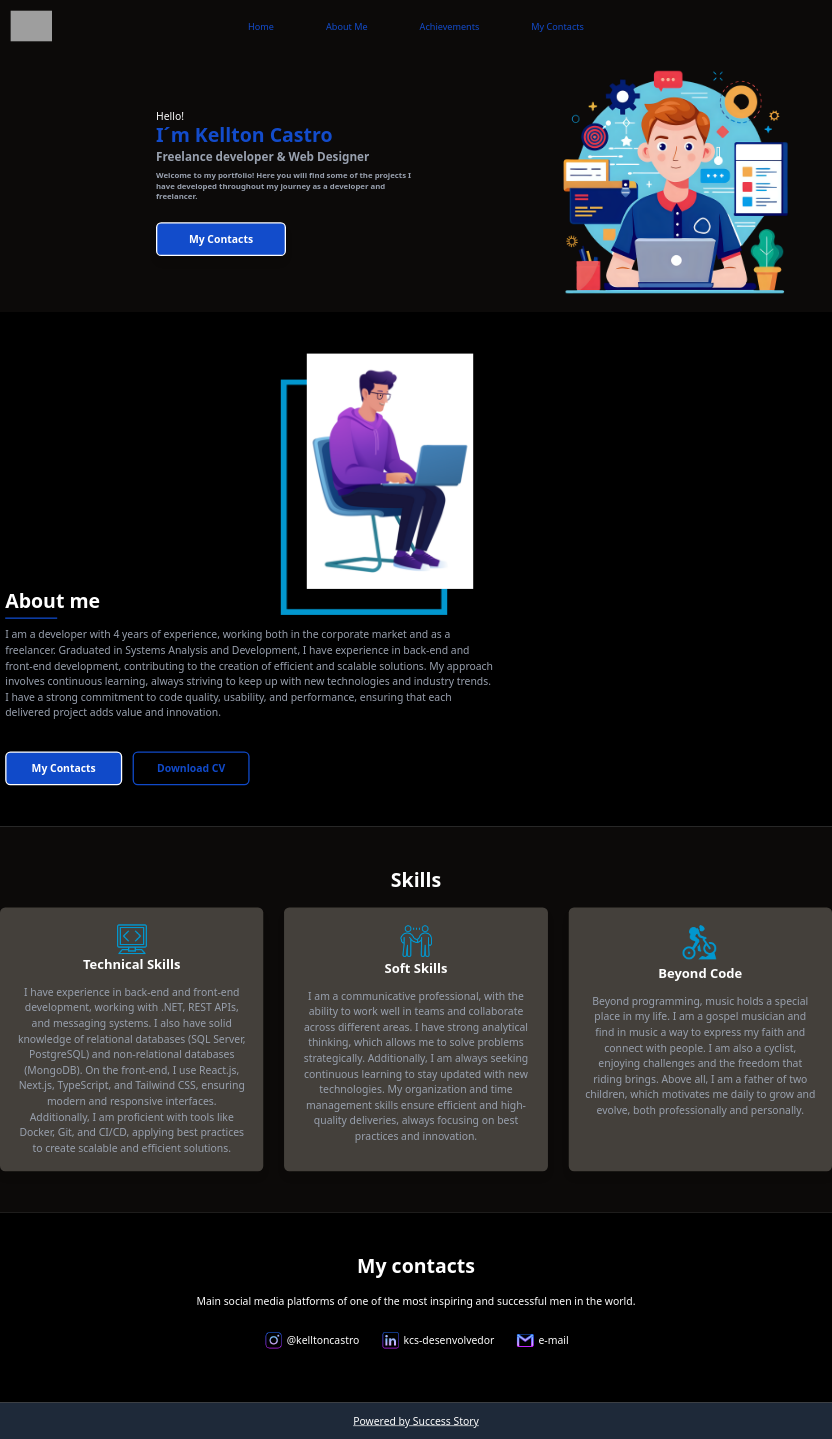
Repository: kcsdesenvolvedor/portfolio
Page: src/index.html
The author's editor kept a copy of each file at every save. The page is drawn from the files as they stood at one save, then again after the next save.
The browser window is 1280 px wide. The pictures show the whole page, at 65% of full size.
Pictures or frames that could not be fetched are drawn as grey boxes.

Above is the page before, as saved 2025-02-21 21:00:54.
Console error: TypeError: Cannot read properties of null (reading 'textContent')

After the next save:
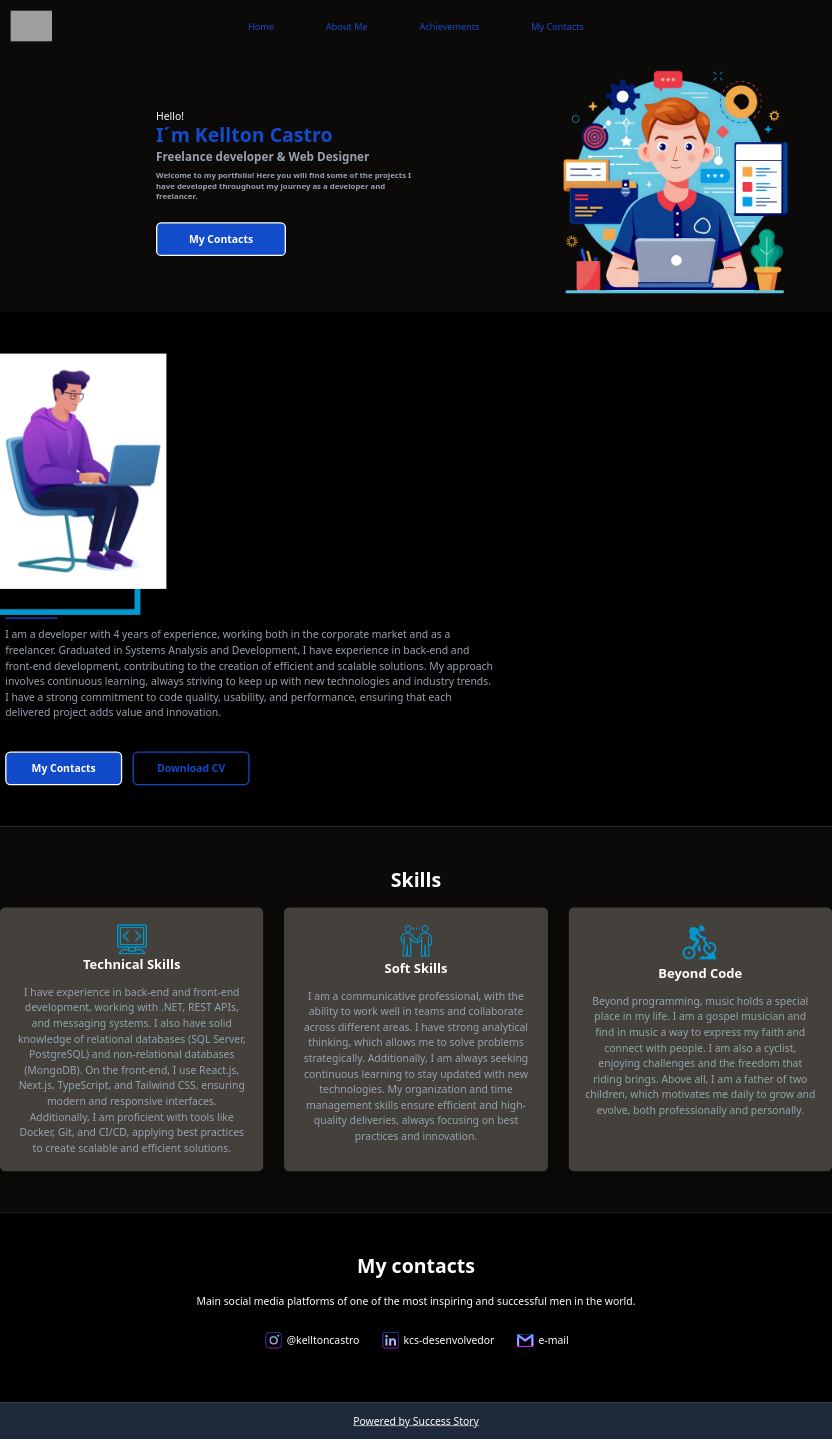
Saved 66 s later.
--- a/src/index.html
+++ b/src/index.html
@@ -147,7 +147,7 @@
 
     <!-- Sobre -->
     <section id="about" class="flex flex-col content-center justify-center space-x-20 py-16 bg-black border-r-gray-900 fade-in">
-        <div class="relative self-center">
+        <div class="lg:relative">
             <!-- Moldura (posição de fundo) -->
             <img src="./img/moldura.png" class="w-3xs h-3xs absolute -left-10 top-10" alt="moldura do perfil">
 
